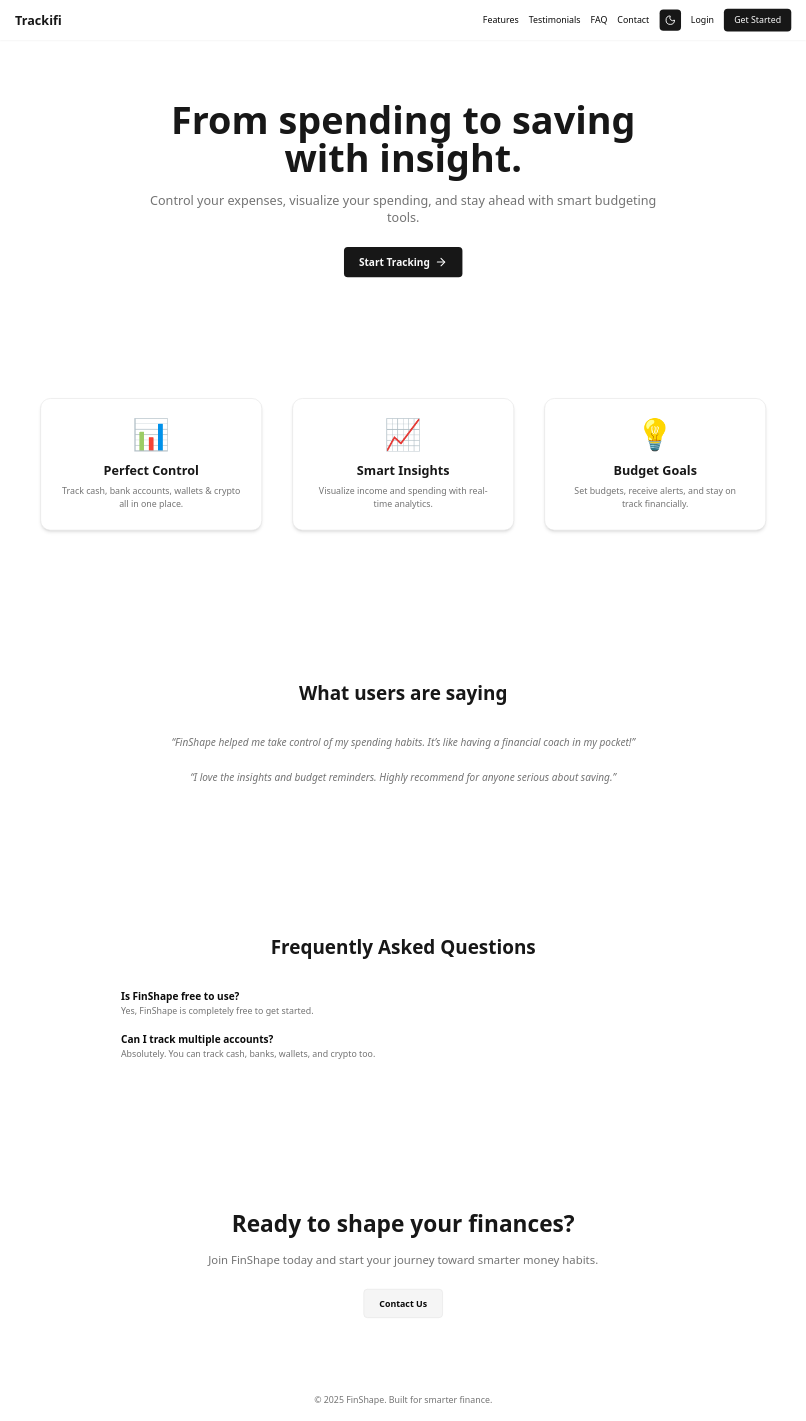
Repository: ruthvik-mt/Trackifi
Page: / (app in frontend/)
The author's editor kept a copy of each file at every save. The page is drawn from the files as they stood at one save, then again after the next save.
The browser window is 1280 px wide. The pictures show the whole page, at 63% of full size.
The project was rebuilt for these pictures with package versions that can differ from the ones it lists, and the page was loaded fresh each time. Also part of the build but not shown: frontend/vite.config.ts, frontend/src/hooks/useAuth.ts, frontend/src/components/FormInput.tsx, frontend/src/pages/Auth/Login.tsx, frontend/src/pages/Auth/Register.tsx, frontend/src/components/Sidebar.tsx, frontend/src/components/ThemeToggleButton.tsx, frontend/src/components/Navbar.tsx and 22 more.

Above is the page before, as saved 2025-07-15 23:04:35.

### frontend/index.html
<!-- index.html -->
<!DOCTYPE html>
<html lang="en">
  <head>
    <meta charset="UTF-8" />
    <link rel="icon" href="/favicon.svg" />
    <meta name="viewport" content="width=device-width, initial-scale=1.0" />

    <!-- Critical script: apply theme before paint -->
    <script>
      const theme = localStorage.getItem("theme");
      if (
        theme === "dark" ||
        (!theme && window.matchMedia("(prefers-color-scheme: dark)").matches)
      ) {
        document.documentElement.classList.add("dark");
      } else {
        document.documentElement.classList.remove("dark");
      }
    </script>

    <title>FinShape</title>
  </head>
  <body>
    <div id="root"></div>
    <script type="module" src="/src/main.tsx"></script>
  </body>
</html>

### frontend/src/main.tsx
import React from "react";
import ReactDOM from "react-dom/client";
import App from "./App";
import "./tailwind.css";
import { AuthProvider } from "./context/AuthProvider";
import { ThemeProvider } from "./context/ThemeProvider"; // ✅ Add ThemeProvider
import { BrowserRouter as Router } from "react-router-dom";

ReactDOM.createRoot(document.getElementById("root")!).render(
  <React.StrictMode>
    <Router>
      {/* ✅ Wrap app with theme context */}
      <ThemeProvider>
        <AuthProvider>
          <App />
        </AuthProvider>
      </ThemeProvider>
    </Router>
  </React.StrictMode>
);

### frontend/src/App.tsx
import { Routes, Route, Navigate } from "react-router-dom";
import Login from "./pages/Auth/Login";
import Register from "./pages/Auth/Register";
import Dashboard from "./pages/Dashboard/Dashboard";
import CategoryList from "./pages/Categories/CategoryList";
import TransactionList from "./pages/Transactions/TransactionList";
import BudgetList from "./pages/Budgets/BudgetList";
import MonthlyTotal from "./pages/Insights/MonthlyTotal";
import CategoryBreakdown from "./pages/Insights/CategoryBreakdown";
import BudgetComparison from "./pages/Insights/BudgetComparison";
import ProtectedRoute from "./components/ProtectedRoute";
import LandingPage from "./pages/LandingPage"; // ✅ Add this import

export default function App() {
  return (
    <Routes>
      {/* Landing Page */}
      <Route path="/" element={<LandingPage />} /> {/* ✅ New route */}

      {/* Auth Routes */}
      <Route path="/login" element={<Login />} />
      <Route path="/register" element={<Register />} />

      {/* Protected Routes */}
      <Route
        path="/dashboard"
        element={
          <ProtectedRoute>
            <Dashboard />
          </ProtectedRoute>
        }
      />
      <Route
        path="/categories"
        element={
          <ProtectedRoute>
            <CategoryList />
          </ProtectedRoute>
        }
      />
      <Route
        path="/transactions"
        element={
          <ProtectedRoute>
            <TransactionList />
          </ProtectedRoute>
        }
      />
      <Route
        path="/budgets"
        element={
          <ProtectedRoute>
            <BudgetList />
          </ProtectedRoute>
        }
      />
      <Route
        path="/insights/monthly-total"
        element={
          <ProtectedRoute>
            <MonthlyTotal />
          </ProtectedRoute>
        }
      />
      <Route
        path="/insights/category-breakdown"
        element={
          <ProtectedRoute>
            <CategoryBreakdown />
          </ProtectedRoute>
        }
      />
      <Route
        path="/insights/budget-comparison"
        element={
          <ProtectedRoute>
            <BudgetComparison />
          </ProtectedRoute>
        }
      />

      {/* Fallback Route */}
      <Route path="*" element={<Navigate to="/" />} /> {/* ✅ Updated from "/login" to "/" */}
    </Routes>
  );
}

### frontend/src/tailwind.css
@tailwind base;
@tailwind components;
@tailwind utilities;

/* =========================
   Base Theme Variables
   ========================= */

@layer base {
  :root {
    --background: 0 0% 100%;
    --foreground: 0 0% 3.9%;

    --card: 0 0% 100%;
    --card-foreground: 0 0% 3.9%;

    --popover: 0 0% 100%;
    --popover-foreground: 0 0% 3.9%;

    --primary: 0 0% 9%;
    --primary-foreground: 0 0% 98%;

    --secondary: 0 0% 96.1%;
    --secondary-foreground: 0 0% 9%;

    --muted: 0 0% 96.1%;
    --muted-foreground: 0 0% 45.1%;

    --accent: 0 0% 96.1%;
    --accent-foreground: 0 0% 9%;

    --destructive: 0 84.2% 60.2%;
    --destructive-foreground: 0 0% 98%;

    --border: 0 0% 89.8%;
    --input: 0 0% 89.8%;
    --ring: 0 0% 3.9%;

    --chart-1: 12 76% 61%;
    --chart-2: 173 58% 39%;
    --chart-3: 197 37% 24%;
    --chart-4: 43 74% 66%;
    --chart-5: 27 87% 67%;

    --radius: 0.5rem;

    --tooltip-bg: #ffffff;
    --tooltip-color: #000000;
  }

  .dark {
    --background: 0 0% 3.9%;
    --foreground: 0 0% 98%;

    --card: 0 0% 3.9%;
    --card-foreground: 0 0% 98%;

    --popover: 0 0% 3.9%;
    --popover-foreground: 0 0% 98%;

    --primary: 0 0% 98%;
    --primary-foreground: 0 0% 9%;

    --secondary: 0 0% 14.9%;
    --secondary-foreground: 0 0% 98%;

    --muted: 0 0% 14.9%;
    --muted-foreground: 0 0% 63.9%;

    --accent: 0 0% 14.9%;
    --accent-foreground: 0 0% 98%;

    --destructive: 0 62.8% 30.6%;
    --destructive-foreground: 0 0% 98%;

    --border: 0 0% 14.9%;
    --input: 0 0% 14.9%;
    --ring: 0 0% 83.1%;

    --chart-1: 220 70% 50%;
    --chart-2: 160 60% 45%;
    --chart-3: 30 80% 55%;
    --chart-4: 280 65% 60%;
    --chart-5: 340 75% 55%;

    --tooltip-bg: #d9dde2; /* dark gray or slate */
    --tooltip-color: #0d0f11;
  }
}

/* =========================
   Global Element Styles
   ========================= */
@layer base {
  * {
    @apply border-border;
  }

  html,
  body {
    @apply bg-background text-foreground antialiased;
    min-height: 100%;
    scroll-behavior: smooth;
  }

  input,
  select,
  textarea {
    @apply bg-input text-foreground placeholder-muted-foreground
           border border-border rounded px-3 py-2
           focus:outline-none focus:ring-2 focus:ring-ring;
  }

  button {
    @apply transition-colors bg-primary text-primary-foreground px-4 py-2 rounded
           hover:bg-primary/90 focus:outline-none focus:ring-2 focus:ring-ring;
  }
}

### frontend/src/context/AuthProvider.tsx
// import { ReactNode, useCallback, useEffect, useState } from "react";
// import { AuthContext } from "./AuthContext";
// import { User } from "@/types/Auth";
// import { getCurrentUser } from "@/api/user";
// import { useNavigate } from "react-router-dom";

// interface Props {
//   children: ReactNode;
// }

// export const AuthProvider = ({ children }: Props) => {
//   const [token, setToken] = useState<string | null>(() =>
//     localStorage.getItem("token")
//   );
//   const [user, setUser] = useState<User | null>(null);
//   const navigate = useNavigate();

//   const logout = useCallback(() => {
//     localStorage.removeItem("token");
//     setToken(null);
//     setUser(null);
//     navigate("/login");
//   }, [navigate]);

//   const fetchUser = useCallback(async () => {
//     try {
//       const userData = await getCurrentUser();
//       setUser(userData);
//     } catch (err) {
//       console.error("Failed to fetch user:", err);
//       logout();
//     }
//   }, [logout]);

//   const login = useCallback(
//     (newToken: string) => {
//       localStorage.setItem("token", newToken);
//       setToken(newToken);
//       fetchUser();
//     },
//     [fetchUser]
//   );

//   useEffect(() => {
//     if (token) {
//       fetchUser();
//     }
//   }, [token, fetchUser]);

//   return (
//     <AuthContext.Provider value={{ token, user, login, logout }}>
//       {children}
//     </AuthContext.Provider>
//   );
// };

import { useState, useEffect } from "react";
import { AuthContext } from "./AuthContext";
import axios from "../axios";

export const AuthProvider = ({ children }: { children: React.ReactNode }) => {
  const [token, setToken] = useState<string | null>(() => localStorage.getItem("token"));

  // Set Authorization header on load (if token exists)
  useEffect(() => {
    if (token) {
      axios.defaults.headers.common["Authorization"] = `Bearer ${token}`;
    }
  }, [token]);

  const login = async (email: string, password: string) => {
    const res = await axios.post("/api/auth/login", { email, password });
    const jwt = res.data.token;

    setToken(jwt);
    localStorage.setItem("token", jwt);
    axios.defaults.headers.common["Authorization"] = `Bearer ${jwt}`; // ✅ set globally
  };

  const logout = () => {
    setToken(null);
    localStorage.removeItem("token");
    delete axios.defaults.headers.common["Authorization"]; // ✅ remove on logout
  };

  return (
    <AuthContext.Provider value={{ token, login, logout }}>
      {children}
    </AuthContext.Provider>
  );
};

### frontend/src/context/ThemeProvider.tsx
import { useEffect, useState, ReactNode } from "react";
import { ThemeContext, Theme } from "./ThemeContext";

export const ThemeProvider = ({ children }: { children: ReactNode }) => {
  const getInitialTheme = (): Theme => {
    if (typeof window === "undefined") return "light";
    const stored = localStorage.getItem("theme");
    if (stored === "light" || stored === "dark") return stored;
    return window.matchMedia("(prefers-color-scheme: dark)").matches ? "dark" : "light";
  };

  const [theme, setTheme] = useState<Theme>(getInitialTheme);

  useEffect(() => {
    const root = document.documentElement;
    if (theme === "dark") {
      root.classList.add("dark");
    } else {
      root.classList.remove("dark");
    }
    localStorage.setItem("theme", theme);
  }, [theme]);

  const toggleTheme = () => setTheme(prev => (prev === "dark" ? "light" : "dark"));

  return (
    <ThemeContext.Provider value={{ theme, toggleTheme }}>
      {children}
    </ThemeContext.Provider>
  );
};

### frontend/src/pages/LandingPage.tsx
import { Link } from "react-router-dom";
import { motion } from "framer-motion";
import { ArrowRight, Moon, Sun } from "lucide-react";
import { useTheme } from "../hooks/useTheme";
import { useState, useEffect } from "react";
import { Spinner } from "@/components/Spinner";

export default function LandingPage() {
  const { theme, toggleTheme } = useTheme();
  const [buttonLoading, setButtonLoading] = useState(true);

  useEffect(() => {
    const timer = setTimeout(() => setButtonLoading(false), 1000);
    return () => clearTimeout(timer);
  }, []);

  return (
    <div className="min-h-screen bg-background text-foreground">
      {/* ────────────── Header ────────────── */}
      <header className="sticky top-0 z-10 h-16 bg-card text-card-foreground shadow-sm flex items-center justify-between px-6">
        <a href="#hero" className="text-xl font-bold text-primary">Trackifi</a>

        <nav className="flex items-center gap-4">
          <a href="#features" className="text-sm font-medium hover:text-primary transition-colors">Features</a>
          <a href="#testimonials" className="text-sm font-medium hover:text-primary transition-colors">Testimonials</a>
          <a href="#faq" className="text-sm font-medium hover:text-primary transition-colors">FAQ</a>
          <a href="#cta" className="text-sm font-medium over:text-primary transition-colors">Contact</a>

          <button
            onClick={toggleTheme}
            className="px-2 py-2 rounded-md text-sm font-medium bg-primary text-primary-foreground hover:bg-primary/90 transition-colors flex items-center justify-center"
            aria-label={`Switch to ${theme === "dark" ? "light" : "dark"} mode`}
          >
            {theme === "dark" ? <Sun size={18} /> : <Moon size={18} />}
          </button>

          <Link
            to="/login"
            className="text-sm font-medium hover:text-primary transition-colors"
          >
            Login
          </Link>

          {buttonLoading ? (
            <Spinner size="default" />
          ) : (
            <Link to="/register">
              <button className="px-4 py-2 rounded-md text-sm font-medium bg-primary text-primary-foreground hover:bg-primary/90 transition-colors">
                Get Started
              </button>
            </Link>
          )}
        </nav>
      </header>

      {/* ────────────── Hero Section ────────────── */}
      <motion.section
        id="hero"
        className="text-center px-6 py-24 max-w-4xl mx-auto"
        initial={{ opacity: 0, y: 30 }}
        animate={{ opacity: 1, y: 0 }}
        transition={{ duration: 0.6 }}
      >
        <h1 className="text-5xl md:text-6xl font-extrabold leading-tight mb-6 text-primary">
          From spending to saving with insight.
        </h1>
        <p className="text-lg md:text-xl text-muted-foreground mb-8">
          Control your expenses, visualize your spending, and stay ahead with smart budgeting tools.
        </p>

        {buttonLoading ? (
          <div className="flex justify-center">
            <Spinner size="lg" />
          </div>
        ) : (
          <Link to="/register">
            <button
              aria-label="Start tracking your expenses"
              className="px-6 py-3 rounded-md font-semibold bg-primary text-primary-foreground hover:bg-primary/90 inline-flex items-center gap-2 transition-colors"
            >
              Start Tracking <ArrowRight size={20} />
            </button>
          </Link>
        )}
      </motion.section>

      {/* ────────────── Features Section ────────────── */}
      <motion.section
        id="features"
        className="py-24 px-6 bg-background"
        initial={{ opacity: 0 }}
        whileInView={{ opacity: 1 }}
        viewport={{ once: true, amount: 0.2 }}
        transition={{ duration: 0.8 }}
      >
        <div className="max-w-6xl mx-auto grid gap-12 md:grid-cols-3 text-center">
          {[
            {
              icon: "📊",
              title: "Perfect Control",
              desc: "Track cash, bank accounts, wallets & crypto all in one place.",
            },
            {
              icon: "📈",
              title: "Smart Insights",
              desc: "Visualize income and spending with real-time analytics.",
            },
            {
              icon: "💡",
              title: "Budget Goals",
              desc: "Set budgets, receive alerts, and stay on track financially.",
            },
          ].map(({ icon, title, desc }, index) => (
            <motion.div
              key={title}
              className="bg-white dark:bg-zinc-900 text-zinc-800 dark:text-white border border-border p-8 rounded-2xl shadow-md hover:shadow-xl transition-transform"
              initial={{ opacity: 0, y: 40, scale: 0.95 }}
              whileInView={{ opacity: 1, y: 0, scale: 1 }}
              viewport={{ once: true, amount: 0.3 }}
              whileHover={{ scale: 1.06 }}
              transition={{
                duration: 0.6,
                delay: index * 0.2,
                type: "spring",
                stiffness: 120,
              }}
            >
              <div className="text-5xl mb-5">{icon}</div>
              <h3 className="text-xl font-bold mb-2 text-primary">{title}</h3>
              <p className="text-sm text-muted-foreground">{desc}</p>
            </motion.div>
          ))}
        </div>
      </motion.section>

      {/* ────────────── Testimonials Section ────────────── */}
    <motion.section
  id="testimonials"
  className="py-24 px-6 bg-background text-center"
  initial={{ opacity: 0 }}
  whileInView={{ opacity: 1 }}
  viewport={{ once: true, amount: 0.2 }}
  transition={{ duration: 0.8 }}
>
  <div className="h-12 bg-gradient-to-b from-transparent to-background" />
  <h2 className="text-3xl font-bold mb-12 text-primary">What users are saying</h2>
  <div className="max-w-4xl mx-auto space-y-8">
    {[
      "FinShape helped me take control of my spending habits. It’s like having a financial coach in my pocket!",
      "I love the insights and budget reminders. Highly recommend for anyone serious about saving.",
    ].map((text, index) => (
      <motion.blockquote
        key={index}
        className="italic text-muted-foreground"
        initial={{ opacity: 0, y: 20 }}
        whileInView={{ opacity: 1, y: 0 }}
        transition={{ duration: 0.5, delay: index * 0.2 }}
        viewport={{ once: true, amount: 0.5 }}
      >
        {`“${text}”`}
      </motion.blockquote>
    ))}
  </div>
</motion.section>



      {/* ────────────── FAQ Section ────────────── */}
     <motion.section
  id="faq"
  className="py-24 px-6 bg-background"
  initial={{ opacity: 0 }}
  whileInView={{ opacity: 1 }}
  viewport={{ once: true, amount: 0.2 }}
  transition={{ duration: 0.8 }}
>
  <div className="h-12 bg-gradient-to-b from-transparent to-background" />
  <h2 className="text-3xl font-bold mb-12 text-center text-primary">Frequently Asked Questions</h2>
  <div className="max-w-4xl mx-auto space-y-6">
    {[
      {
        question: "Is FinShape free to use?",
        answer: "Yes, FinShape is completely free to get started.",
      },
      {
        question: "Can I track multiple accounts?",
        answer: "Absolutely. You can track cash, banks, wallets, and crypto too.",
      },
    ].map(({ question, answer }, index) => (
      <motion.div
        key={index}
        initial={{ opacity: 0, y: 20 }}
        whileInView={{ opacity: 1, y: 0 }}
        transition={{ duration: 0.5, delay: index * 0.2 }}
        viewport={{ once: true, amount: 0.5 }}
      >
        <h4 className="font-semibold">{question}</h4>
        <p className="text-sm text-muted-foreground">{answer}</p>
      </motion.div>
    ))}
  </div>
</motion.section>



      {/* ────────────── Call to Action ────────────── */}
      <motion.section
  id="cta"
  className="py-24 px-6 bg-background text-center"
  initial={{ opacity: 0 }}
  whileInView={{ opacity: 1 }}
  viewport={{ once: true, amount: 0.2 }}
  transition={{ duration: 0.8 }}
>
  <div className="h-12 bg-gradient-to-b from-transparent to-background" />
  <motion.div
    className="max-w-2xl mx-auto"
    initial={{ opacity: 0, y: 30 }}
    whileInView={{ opacity: 1, y: 0 }}
    transition={{ duration: 0.6 }}
    viewport={{ once: true }}
  >
    <h2 className="text-4xl font-bold mb-6 text-primary">Ready to shape your finances?</h2>
    <p className="mb-8 text-lg text-muted-foreground">
      Join FinShape today and start your journey toward smarter money habits.
    </p>
    <div className="flex flex-col sm:flex-row gap-4 justify-center">
      <Link to="/contact">
        <button className="px-6 py-3 text-sm font-semibold bg-muted text-foreground border border-border rounded-md hover:bg-muted/80 transition-colors">
          Contact Us
        </button>
      </Link>
    </div>
  </motion.div>
</motion.section>



      {/* ────────────── Footer ────────────── */}
      <footer className="text-center py-6 text-sm text-muted-foreground bg-background">
        © {new Date().getFullYear()} FinShape. Built for smarter finance.
      </footer>
    </div>
  );
}

### frontend/src/context/AuthContext.tsx
// import { createContext } from "react";
// import { User } from "@/types/Auth";

// export interface AuthContextType {
//   token: string | null;
//   user: User | null;
//   login: (token: string) => void;
//   logout: () => void;
// }

// export const AuthContext = createContext<AuthContextType>({
//   token: null,
//   user: null,
//   login: () => {},
//   logout: () => {},
// });

// src/context/AuthContext.ts
import { createContext } from "react";

export interface AuthContextType {
  token: string | null;
  login: (email: string, password: string) => Promise<void>;
  logout: () => void;
}

export const AuthContext = createContext<AuthContextType>(
  {} as AuthContextType // ✅ Safe for use without null-checks
);

### frontend/src/axios.ts
// // src/axios.ts
// import axios from "axios";

// const axiosInstance = axios.create({
//   baseURL: "http://localhost:8080/api",
// });

// axiosInstance.interceptors.request.use((config) => {
//   const token = localStorage.getItem("token");
//   if (token && config.headers) {
//     config.headers.Authorization = `Bearer ${token}`;
//   }
//   return config;
// });

// export default axiosInstance;

// src/axios.ts
// src/axios.ts
import axios from "axios";

const instance = axios.create({
  baseURL: "", // <-- frontend sends /api/... and Vite handles the proxy
  headers: {
    "Content-Type": "application/json",
  },
});

instance.interceptors.request.use((config) => {
  const token = localStorage.getItem("token");
  if (token) {
    config.headers = config.headers || {};
    config.headers["Authorization"] = `Bearer ${token}`;
  }
  return config;
});

export default instance;

### frontend/src/context/ThemeContext.tsx
import { createContext } from "react";

export type Theme = "light" | "dark";

export interface ThemeContextType {
  theme: Theme;
  toggleTheme: () => void;
}

export const ThemeContext = createContext<ThemeContextType | undefined>(undefined);

### frontend/src/hooks/useTheme.ts
// src/hooks/useTheme.ts
import { useContext } from "react";
import { ThemeContext } from "../context/ThemeContext";

export function useTheme() {
  const context = useContext(ThemeContext);
  if (!context) {
    throw new Error("useTheme must be used within a ThemeProvider");
  }
  return context;
}

### frontend/src/components/Spinner.tsx
// src/components/Spinner.tsx
import { cn } from "@/lib/utils";
import { cva, VariantProps } from "class-variance-authority";
import { Loader } from "lucide-react";

const spinnerVariants = cva("text-muted-foreground animate-spin", {
  variants: {
    size: {
      default: "h-4 w-4",
      sm: "h-2 w-2",
      lg: "h-6 w-6",
      icon: "h-10 w-10",
    },
  },
  defaultVariants: {
    size: "default",
  },
});

interface SpinnerProps extends VariantProps<typeof spinnerVariants> {
  className?: string;
}

export const Spinner = ({ size }: SpinnerProps) => {
  return <Loader className={cn(spinnerVariants({ size }))} />;
};

Loaded but not shown: frontend/src/lib/utils.ts (common file); frontend/tailwind.config.js (86 lines, source omitted)

After the next save:
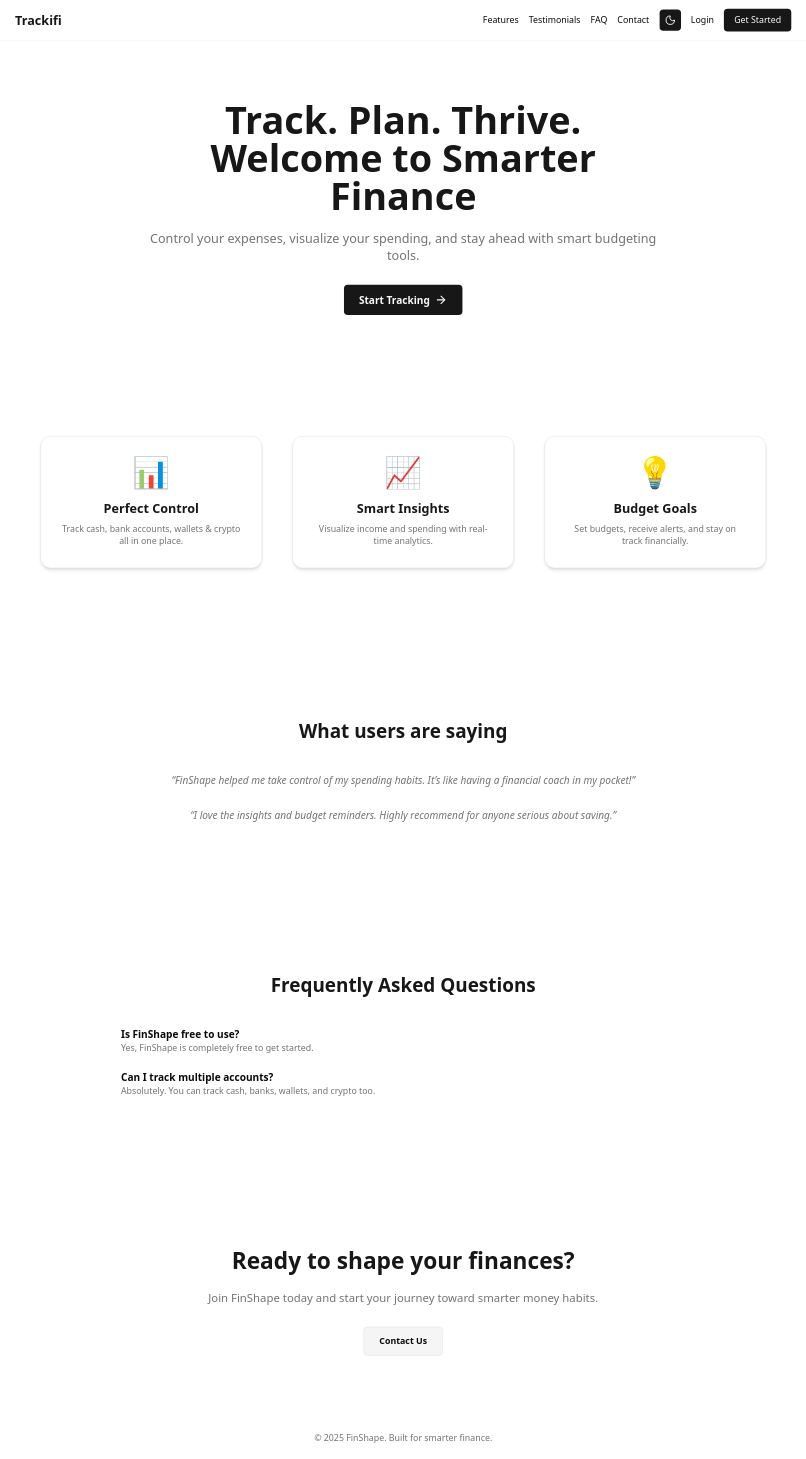
Saved 2 min 35 s later.
--- a/frontend/src/pages/LandingPage.tsx
+++ b/frontend/src/pages/LandingPage.tsx
@@ -62,7 +62,7 @@ export default function LandingPage() {
         transition={{ duration: 0.6 }}
       >
         <h1 className="text-5xl md:text-6xl font-extrabold leading-tight mb-6 text-primary">
-          From spending to saving with insight.
+          Track. Plan. Thrive. Welcome to Smarter Finance
         </h1>
         <p className="text-lg md:text-xl text-muted-foreground mb-8">
           Control your expenses, visualize your spending, and stay ahead with smart budgeting tools.
